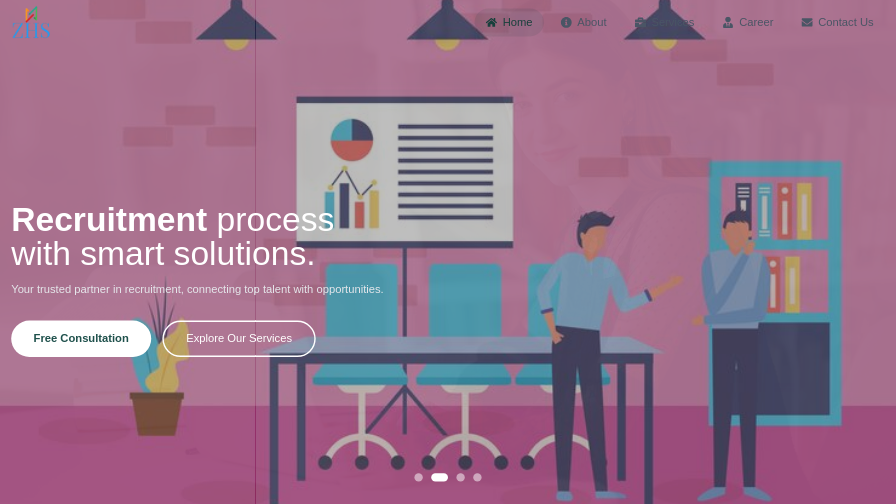
Repository: deepak445566/hiringnew
Page: / (app in hiring/)
An editor plug-in stored every save of this project. The page is shown before and after a run of saves, followed by the edit.
The browser window is 1280 px wide. The pictures show the whole page, at 70% of full size.
The project was rebuilt for these pictures with package versions that can differ from the ones it lists, and the page was loaded fresh each time. The framework's server and built-in components were replaced by stand-ins that run in the browser. Also part of the build but not shown: hiring/next.config.mjs.

Above is the page before, as saved 2026-03-26 13:58:23.

### hiring/src/app/layout.js
import { Geist, Geist_Mono } from "next/font/google";
import "./globals.css";
import Navbar from "@/components/Navbar";

const geistSans = Geist({
  variable: "--font-geist-sans",
  subsets: ["latin"],
});

const geistMono = Geist_Mono({
  variable: "--font-geist-mono",
  subsets: ["latin"],
});

// ✅ SEO Optimized Metadata
export const metadata = {
  title: {
    default: "ZHS Hiring Solutions | Recruitment Company in India",
    template: "%s | ZHS Hiring Solutions",
  },
  description:
    "ZHS Hiring Solutions is a leading recruitment and staffing company in India providing IT & non-IT hiring, HR consulting, and workforce solutions.",

  keywords: [
    "recruitment company",
    "hiring company India",
    "staffing solutions",
    "IT recruitment",
    "HR consultancy",
    "jobs in India",
  ],

  authors: [{ name: "ZHS Hiring Solutions" }],
  creator: "ZHS Hiring Solutions",

  metadataBase: new URL("https://yourdomain.com"),

  openGraph: {
    title: "ZHS Hiring Solutions",
    description:
      "Top recruitment company for IT & non-IT hiring services in India.",
    url: "https://yourdomain.com",
    siteName: "ZHS Hiring Solutions",
    locale: "en_IN",
    type: "website",
  },

  robots: {
    index: true,
    follow: true,
  },
};

export default function RootLayout({ children }) {
  return (
    <html
      lang="en"
      className={`${geistSans.variable} ${geistMono.variable} h-full antialiased`}
    >
      <body className="min-h-full flex flex-col">
        <Navbar/>
        {children}
      </body>
    </html>
  );
}

### hiring/src/app/page.js
import HeroPage from '@/components/HeroPage'
import React from 'react'

function page() {
  return (
  <>
  <HeroPage/>

  </>
  )
}

export default page

### hiring/src/components/Navbar.jsx
"use client";

import { useState, useEffect } from "react";
import Link from "next/link";
import { usePathname } from "next/navigation";
import {
  FaBars,
  FaTimes,
  FaHome,
  FaInfoCircle,
  FaBriefcase,
  FaUserTie,
  FaEnvelope,
} from "react-icons/fa";

const Navbar = () => {
  const [isOpen, setIsOpen] = useState(false);
  const [scrolled, setScrolled] = useState(false);

  const pathname = usePathname(); // ✅ current route

  const navLinks = [
    { id: "home", name: "Home", path: "/", icon: FaHome },
    { id: "about", name: "About", path: "/about", icon: FaInfoCircle },
    { id: "services", name: "Services", path: "/services", icon: FaBriefcase },
    { id: "career", name: "Career", path: "/career", icon: FaUserTie },
    { id: "contact", name: "Contact Us", path: "/contact", icon: FaEnvelope },
  ];

  // Scroll effect
  useEffect(() => {
    const handleScroll = () => {
      setScrolled(window.scrollY > 50);
    };

    window.addEventListener("scroll", handleScroll);
    return () => window.removeEventListener("scroll", handleScroll);
  }, []);

  return (
    <nav
      className={`fixed top-0 left-0 w-full z-50 transition-all duration-300 ${
        scrolled ? "bg-white shadow-lg py-2" : "bg-transparent py-2"
      }`}
    >
      <div className="container mx-auto px-4">
        <div className="flex justify-between items-center">

          {/* Logo */}
          <Link href="/" className="cursor-pointer">
            <img src="/images/logo5.png" className="h-12 w-auto" alt="logo" />
          </Link>

          {/* Desktop */}
          <div className="hidden md:flex items-center gap-2">
            {navLinks.map((link) => {
              const Icon = link.icon;
              const isActive = pathname === link.path;

              return (
                <Link
                  key={link.id}
                  href={link.path}
                  className={`px-4 py-2 rounded-full flex items-center gap-2 transition ${
                    isActive
                      ? "text-[#18403C] bg-[#18403C]/10"
                      : "text-gray-600 hover:text-[#18403C]"
                  }`}
                >
                  <Icon />
                  {link.name}
                </Link>
              );
            })}
          </div>

          {/* Mobile Button */}
          <button
            onClick={() => setIsOpen(!isOpen)}
            className="md:hidden"
          >
            {isOpen ? <FaTimes size={24} /> : <FaBars size={24} />}
          </button>
        </div>

        {/* Mobile Menu */}
        {isOpen && (
          <div className="md:hidden mt-4 bg-white p-4 rounded-xl shadow">
            {navLinks.map((link) => {
              const Icon = link.icon;
              const isActive = pathname === link.path;

              return (
                <Link
                  key={link.id}
                  href={link.path}
                  onClick={() => setIsOpen(false)}
                  className={`flex items-center gap-3 p-3 rounded-lg ${
                    isActive
                      ? "bg-[#18403C]/10 text-[#18403C]"
                      : "text-gray-600"
                  }`}
                >
                  <Icon />
                  {link.name}
                </Link>
              );
            })}
          </div>
        )}
      </div>
    </nav>
  );
};

export default Navbar;

### hiring/src/components/HeroPage.jsx
"use client";

import { useState, useEffect } from "react";
import { useRouter } from "next/navigation";
import Image from "next/image";

const HeroPage = () => {
  const router = useRouter();

  const goservice = () => {
    router.push("/services");
  };

  const gocareer = () => {
    router.push("/career");
  };

  const [currentSlide, setCurrentSlide] = useState(0);

  const slides = [
    { url: "/images/main1.jpg", alt: "Recruitment background 1" },
    { url: "/images/ne7.jpg", alt: "Recruitment background 2" },
    { url: "/images/ne3.jpg", alt: "Recruitment background 3" },
    { url: "/images/ne5.jpg", alt: "Recruitment background 4" },
  ];

  useEffect(() => {
    const interval = setInterval(() => {
      setCurrentSlide((prev) => (prev + 1) % slides.length);
    }, 5000);

    return () => clearInterval(interval);
  }, [slides.length]);

  const goToSlide = (index) => {
    setCurrentSlide(index);
  };

  return (
    <div className="relative min-h-screen w-full overflow-hidden">

      {/* Background Slider */}
      <div className="absolute inset-0">
        {slides.map((slide, index) => (
          <div
            key={index}
            className={`absolute inset-0 transition-opacity duration-1000 ${
              index === currentSlide ? "opacity-100" : "opacity-0"
            }`}
          >
            <Image
              src={slide.url}
              alt={slide.alt}
              fill
              priority={index === 0}
              className="object-cover"
            />
            <div className="absolute inset-0 bg-black/30"></div>
          </div>
        ))}
      </div>

      {/* Dots */}
      <div className="absolute bottom-8 left-1/2 -translate-x-1/2 z-20 flex gap-3">
        {slides.map((_, index) => (
          <button
            key={index}
            onClick={() => goToSlide(index)}
            className={`h-3 rounded-full ${
              index === currentSlide
                ? "bg-white w-6"
                : "bg-white/50 w-3"
            }`}
          />
        ))}
      </div>

      {/* Content */}
      <div className="relative z-10 flex min-h-screen items-center">
        <div className="container mx-auto px-4 mt-20">
          <div className="max-w-2xl">

            <h1 className="text-4xl md:text-5xl font-light text-white mb-4 park">
              <span className="font-semibold">Recruitment</span> process <br />
              with smart solutions.
            </h1>

            <p className="text-gray-200 mb-8">
              Your trusted partner in recruitment, connecting top talent with opportunities.
            </p>

            <div className="flex flex-col sm:flex-row gap-4">

              <button
                onClick={gocareer}
                className="px-8 py-3 bg-white text-[#1F514C] rounded-full font-semibold"
              >
                Free Consultation
              </button>

              <button
                onClick={goservice}
                className="px-8 py-3 border-2 border-white text-white rounded-full"
              >
                Explore Our Services
              </button>

            </div>
          </div>
        </div>
      </div>
    </div>
  );
};

export default HeroPage;

### hiring/src/components/SectorsPage.jsx
"use client";

import { useState, useEffect } from "react";
import { useRouter } from "next/navigation";
import {
  FaLaptopCode,
  FaHeadset,
  FaUsers,
  FaChartLine,
  FaRocket,
  FaBullhorn,
  FaFlask,
  FaPalette,
  FaCar,
  FaBuilding,
  FaBolt,
  FaIndustry,
  FaGlobe,
} from "react-icons/fa";

const SectorsPage = () => {
  const router = useRouter();

  const gocareer = () => {
    router.push("/career");
    window.scrollTo(0, 0);
  };

  const [hoveredIndex, setHoveredIndex] = useState(null);
  const [visibleElements, setVisibleElements] = useState({});

  const sectors = [
    { title: "Information Technology", icon: FaLaptopCode, desc: "IT hiring solutions" },
    { title: "Customer Service", icon: FaHeadset, desc: "Customer support hiring" },
    { title: "Human Resource", icon: FaUsers, desc: "HR professionals" },
    { title: "BFSI", icon: FaChartLine, desc: "Banking & finance hiring" },
    { title: "Business Development", icon: FaRocket, desc: "Growth experts" },
    { title: "Sales & Marketing", icon: FaBullhorn, desc: "Sales professionals" },
    { title: "Pharma & FMCG", icon: FaFlask, desc: "Industry experts" },
    { title: "Design & Creative", icon: FaPalette, desc: "Creative talent" },
    { title: "Automobile", icon: FaCar, desc: "Auto industry hiring" },
    { title: "Infrastructure", icon: FaBuilding, desc: "Infra workforce" },
    { title: "Power & Energy", icon: FaBolt, desc: "Energy experts" },
    { title: "Manufacturing", icon: FaIndustry, desc: "Manufacturing hiring" },
  ];

  // Scroll Animation
  useEffect(() => {
    const observer = new IntersectionObserver(
      (entries) => {
        entries.forEach((entry) => {
          if (entry.isIntersecting) {
            setVisibleElements((prev) => ({
              ...prev,
              [entry.target.id]: true,
            }));
          }
        });
      },
      { threshold: 0.1 }
    );

    const elements = document.querySelectorAll(".fade-up");
    elements.forEach((el) => observer.observe(el));

    return () => observer.disconnect();
  }, []);

  return (
    <div className="py-16 px-4 bg-gray-50">

      {/* Header */}
      <div className="text-center mb-12 fade-up" id="header">
        <div className="inline-flex gap-2 bg-blue-100 px-4 py-2 rounded-full mb-4">
          <FaGlobe className="text-blue-600" />
          <span className="text-blue-600">Industries</span>
        </div>

        <h2 className="text-3xl md:text-5xl font-bold mb-3">
          Industries We Serve
        </h2>

        <p className="text-gray-600 max-w-xl mx-auto">
          Explore hiring opportunities across multiple industries
        </p>
      </div>

      {/* Grid */}
      <div className="grid sm:grid-cols-2 md:grid-cols-3 lg:grid-cols-4 gap-6">
        {sectors.map((sector, index) => {
          const Icon = sector.icon;
          const isHovered = hoveredIndex === index;

          return (
            <div
              key={index}
              className="text-center fade-up"
              id={`card-${index}`}
              onMouseEnter={() => setHoveredIndex(index)}
              onMouseLeave={() => setHoveredIndex(null)}
              style={{
                opacity: visibleElements[`card-${index}`] ? 1 : 0,
                transform: visibleElements[`card-${index}`]
                  ? "translateY(0)"
                  : "translateY(30px)",
                transition: "0.5s",
              }}
            >
              <div
                className="w-28 h-28 mx-auto rounded-full flex items-center justify-center bg-blue-500 text-white transition"
                style={{
                  transform: isHovered ? "scale(1.1)" : "scale(1)",
                }}
              >
                <Icon size={40} />
              </div>

              <h3 className="mt-4 font-bold text-lg text-blue-600">
                {sector.title}
              </h3>

              <p className="text-sm text-gray-500 px-2">
                {sector.desc}
              </p>
            </div>
          );
        })}
      </div>

      {/* CTA */}
      <div className="mt-16 text-center">
        <div className="bg-blue-600 text-white p-10 rounded-3xl">
          <h3 className="text-2xl font-bold mb-3">
            Don’t See Your Dream Job?
          </h3>
          <p className="mb-6">
            Upload your resume and we’ll connect you with the right opportunity
          </p>
          <button
            onClick={gocareer}
            className="bg-white text-blue-600 px-6 py-3 rounded-full font-semibold"
          >
            Upload Resume
          </button>
        </div>
      </div>

    </div>
  );
};

export default SectorsPage;

Loaded but not shown: hiring/src/app/globals.css (common file)

After the next 2 saves:
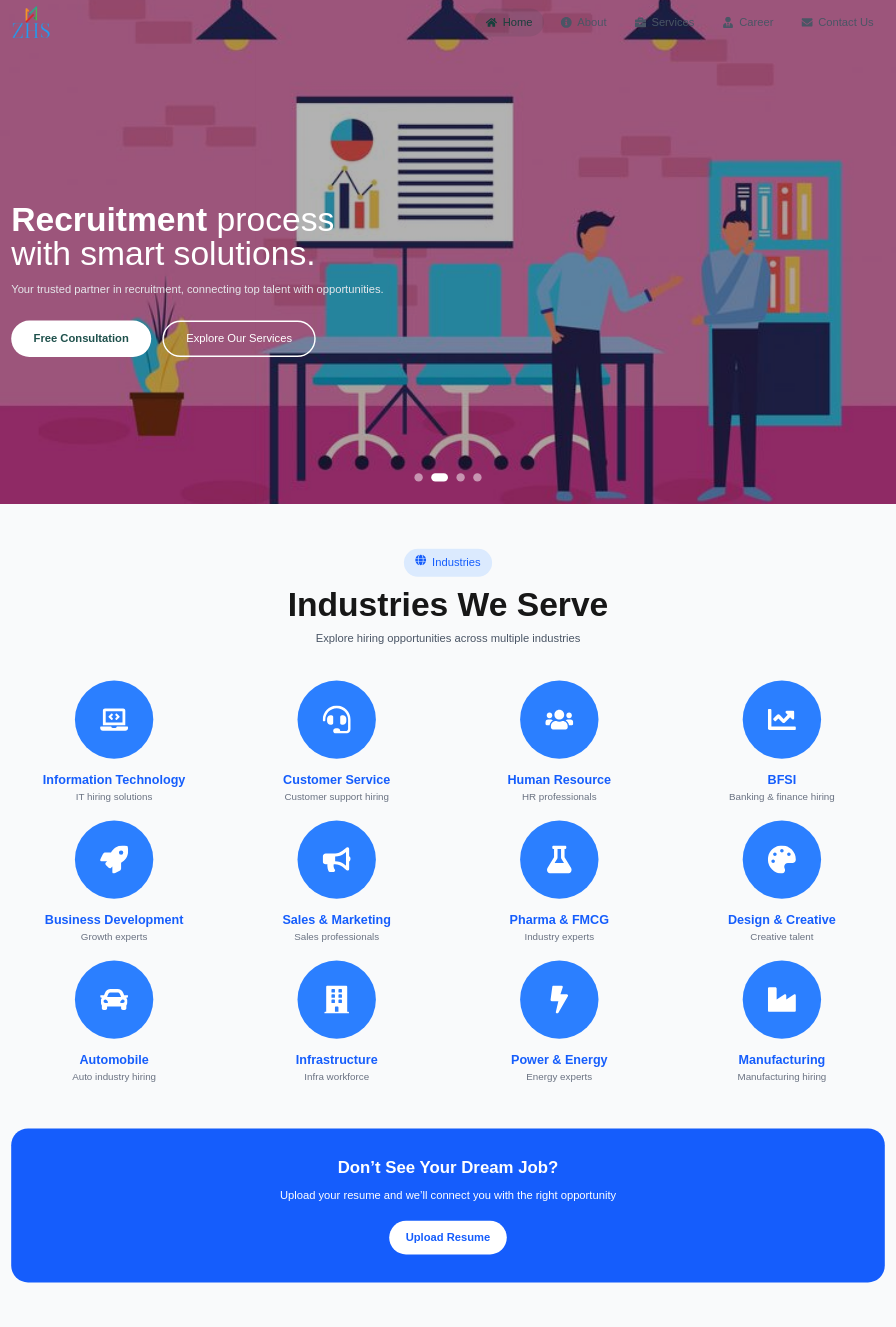
The 2 saves are shown as one change because 1 did not build or start.
The last was saved 47 s later.
--- a/hiring/src/app/page.js
+++ b/hiring/src/app/page.js
@@ -1,11 +1,12 @@
 import HeroPage from '@/components/HeroPage'
+import SectorsPage from '@/components/SectorsPage'
 import React from 'react'
 
 function page() {
   return (
   <>
   <HeroPage/>
-
+  <SectorsPage/>
   </>
   )
 }
